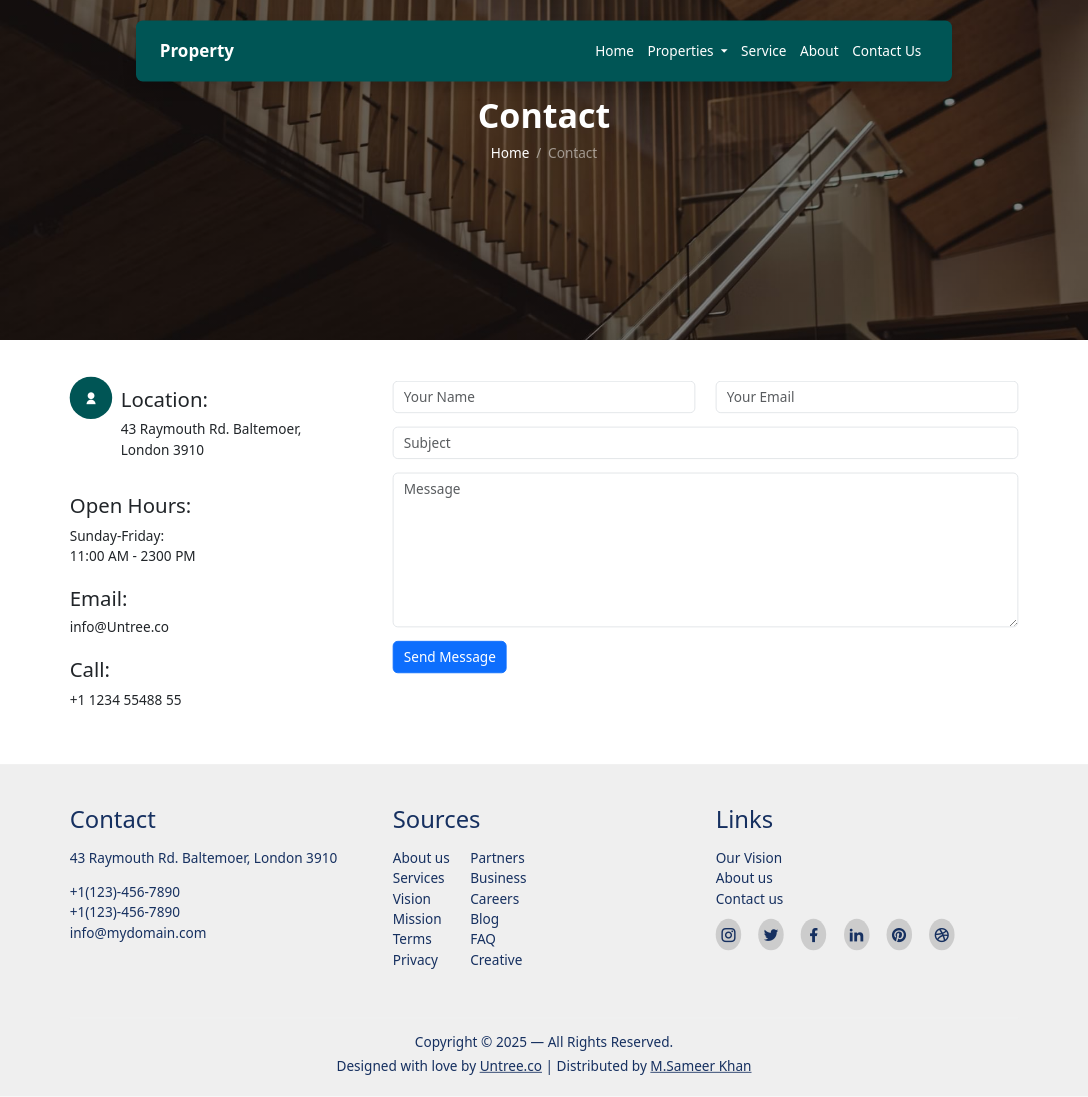
Repository: sameerrrrkhan911-git/Property
Page: contact.html
These files come from the project's save history. The page is drawn as it stood at one moment and after the next save; the edit follows.
The browser window is 1280 px wide. The pictures show the whole page, at 85% of full size.
Some icons come from a web library that is not loaded, so they are not drawn. Some web libraries are served in a nearby version.

Above is the page before, as saved 2025-09-28 21:32:12.
Console error: TypeError: Cannot read properties of undefined (reading 'length')

### contact.html
<!DOCTYPE html>
<html lang="en">

<head>
    <meta charset="utf-8">
    <meta name="viewport" content="width=device-width, initial-scale=1">
    <title>Property</title>

    <!--====== LINKS ========-->
    <link href="https://cdn.jsdelivr.net/npm/bootstrap@5.3.8/dist/css/bootstrap.min.css" rel="stylesheet">
    <link
        href="https://fonts.googleapis.com/css2?family=Montserrat:wght@400;600&family=Open+Sans:wght@400;600&display=swap"
        rel="stylesheet">
    <link href="https://unpkg.com/aos@2.3.1/dist/aos.css" rel="stylesheet">
    <link href="https://cdn.jsdelivr.net/npm/remixicon@4.5.0/fonts/remixicon.css" rel="stylesheet">
    <link href="https://cdnjs.cloudflare.com/ajax/libs/tiny-slider/2.9.4/tiny-slider.css" rel="stylesheet">
    <link rel="stylesheet" href="assets/css/style2.css">
    <link rel="stylesheet" href="assets/css/style.css">

</head>

<body>

    <!--=====HEADER=====-->
    <header>
        <section id="Right-Step">
            <div class="bg-holder overlay overlay-elixir">
            </div>

            <!-- Navbar -->
            <nav
                class="navbar navbar-expand-lg green-color p-3 mt-4 sticky-top position-absolute top-0 start-50 translate-middle-x w-75 rounded-3 shadow">
                <div class="container-fluid">
                    <!-- Brand -->
                    <a class="navbar-brand text-white fw-bold" href="#">Property</a>

                    <!-- Toggler for Mobile -->
                    <button class="navbar-toggler bg-light" type="button">
                        <span class="navbar-toggler-icon"></span>
                    </button>

                    <!-- Navbar Links -->
                    <div class="collapse navbar-collapse" id="navbarNavDropdown">
                        <ul class="navbar-nav ms-auto">
                            <li class="nav-item">
                                <a class="nav-link text-white active" aria-current="page" href="index.html">Home</a>
                            </li>
                            <li class="nav-item dropdown">
                                <a class="nav-link dropdown-toggle text-white" href="#" role="button"
                                    data-bs-toggle="dropdown" aria-expanded="false">
                                    Properties
                                </a>
                                <ul class="dropdown-menu">
                                    <li><a class="dropdown-item" href="#">Action</a></li>
                                    <li><a class="dropdown-item" href="#">Another action</a></li>
                                    <li><a class="dropdown-item" href="#">Something else here</a></li>
                                </ul>
                            </li>
                            <li class="nav-item"><a class="nav-link text-white" href="service.html">Service</a></li>
                            <li class="nav-item"><a class="nav-link text-white" href="about.html">About</a></li>
                            <li class="nav-item"><a class="nav-link text-white" href="contact.html">Contact Us</a></li>
                        </ul>
                    </div>
                </div>
            </nav>

            <!--/.bg-holder-->
            <div class="forbg py-5">
                <div class="container">

                    <div class="row justify-content-center align-items-center">
                        <div class="col-lg-9 text-center mt-5">
                            <h1 class="heading aos-init aos-animate white mt-3 fw-bold" data-aos="fade-up">Contact</h1>

                            <nav aria-label="breadcrumb" data-aos="fade-up" data-aos-delay="200"
                                class="aos-init aos-animate">
                                <ol class="breadcrumb text-center justify-content-center">
                                    <li class="breadcrumb-item"><a href="index.html" style="color: white;">Home</a></li>
                                    <li class="ms-2 me-2 text-white-50" aria-current="page">
                                        /
                                    </li>
                                    <li class="breadcrumb-item active text-white-50" aria-current="page">
                                        Contact
                                    </li>
                                </ol>
                            </nav>
                        </div>
                    </div>
                </div>
            </div><!-- end of .container-->
        </section>
    </header>

    <!--====MAIN====-->

    <main>

<div class="section py">
      <div class="container">
        <div class="row py-5">
          <div class="col-lg-4 mb-5 mb-lg-0 aos-init aos-animate" data-aos="fade-up" data-aos-delay="100">
            <div class="contact-info">
              <div class="address mt-2">
<div class="d-flex">
    <div>
    <i class="ri-user-fill green-color white" style="border-radius: 50%; padding: 17px; margin-right: 10px;"></i>
</div>
                <div>
                    <h4 class="mb-2">Location:</h4>
                <p>
                  43 Raymouth Rd. Baltemoer,<br>
                  London 3910
                </p>
                </div>
</div>
              </div>

              <div class="open-hours mt-4">
                <i class="icon-clock-o"></i>
                <h4 class="mb-2">Open Hours:</h4>
                <p>
                  Sunday-Friday:<br>
                  11:00 AM - 2300 PM
                </p>
              </div>

              <div class="email mt-4">
                <i class="icon-envelope"></i>
                <h4 class="mb-2">Email:</h4>
                <p>info@Untree.co</p>
              </div>

              <div class="phone mt-4">
                <i class="icon-phone"></i>
                <h4 class="mb-2">Call:</h4>
                <p>+1 1234 55488 55</p>
              </div>
            </div>
          </div>
          <div class="col-lg-8 aos-init aos-animate" data-aos="fade-up" data-aos-delay="200">
            <form action="#">
              <div class="row">
                <div class="col-6 mb-3">
                  <input type="text" class="form-control" placeholder="Your Name">
                </div>
                <div class="col-6 mb-3">
                  <input type="email" class="form-control" placeholder="Your Email">
                </div>
                <div class="col-12 mb-3">
                  <input type="text" class="form-control" placeholder="Subject">
                </div>
                <div class="col-12 mb-3">
                  <textarea name="" id="" cols="30" rows="7" class="form-control" placeholder="Message"></textarea>
                </div>

                <div class="col-12">
                  <input type="submit" value="Send Message" class="btn btn-primary">
                </div>
              </div>
            </form>
          </div>
        </div>
      </div>
    </div>

    </main>

    <!-- FOOTER -->
    <footer class="greyy py-5 pb-4 grey">

        <div class="container">
            <div class="row">

                <!-- Contact -->
                <div class="col-lg-4 col-md-6 mb-4">
                    <h3 class="mb-3 font-color">Contact</h3>
                    <address class="mb-3 font-color">43 Raymouth Rd. Baltemoer, London 3910</address>
                    <ul class="list-unstyled">
                        <li><a href="tel://11234567890" class=" text-decoration-none"
                                style="color: #163060;">+1(123)-456-7890</a></li>
                        <li><a href="tel://11234567890" class=" text-decoration-none"
                                style="color: #163060;">+1(123)-456-7890</a></li>
                        <li><a href="mailto:info@mydomain.com" class=" text-decoration-none"
                                style="color: #163060;">info@mydomain.com</a></li>
                    </ul>
                </div>

                <!-- Sources -->
                <div class="col-lg-4 col-md-6 mb-4">
                    <h3 class="mb-3 font-color">Sources</h3>
                    <div class="d-flex">
                        <ul class="list-unstyled me-4">
                            <li><a href="#" class="font-color text-decoration-none">About us</a></li>
                            <li><a href="#" class="font-color text-decoration-none">Services</a></li>
                            <li><a href="#" class="font-color text-decoration-none">Vision</a></li>
                            <li><a href="#" class="font-color text-decoration-none">Mission</a></li>
                            <li><a href="#" class="font-color text-decoration-none">Terms</a></li>
                            <li><a href="#" class="font-color text-decoration-none">Privacy</a></li>
                        </ul>
                        <ul class="list-unstyled">
                            <li><a href="#" class="font-color text-decoration-none">Partners</a></li>
                            <li><a href="#" class="font-color text-decoration-none">Business</a></li>
                            <li><a href="#" class="font-color text-decoration-none">Careers</a></li>
                            <li><a href="#" class="font-color text-decoration-none">Blog</a></li>
                            <li><a href="#" class="font-color text-decoration-none">FAQ</a></li>
                            <li><a href="#" class="font-color text-decoration-none">Creative</a></li>
                        </ul>
                    </div>
                </div>

                <!-- Links & Social -->
                <div class="col-lg-4 col-md-12 mb-4">
                    <h3 class="mb-3 font-color">Links</h3>
                    <ul class="list-unstyled">
                        <li><a href="#" class="font-color text-decoration-none">Our Vision</a></li>
                        <li><a href="#" class="font-color text-decoration-none">About us</a></li>
                        <li><a href="#" class="font-color text-decoration-none">Contact us</a></li>
                    </ul>

                    <!-- Social icons -->
                    <div class="mt-3">
                        <a href="#" class="font-color me-3 fs-5 roundd text-color dark-grey"><i
                                class="ri-instagram-line"></i></a>
                        <a href="#" class="font-color me-3 fs-5 roundd dark-grey"><i class="ri-twitter-fill"></i></a>
                        <a href="#" class="font-color me-3 fs-5 roundd dark-grey"><i class="ri-facebook-fill"></i></a>
                        <a href="#" class="font-color me-3 fs-5 roundd dark-grey"><i class="ri-linkedin-fill"></i></a>
                        <a href="#" class="font-color me-3 fs-5 roundd dark-grey"><i class="ri-pinterest-fill"></i></a>
                        <a href="#" class="font-color fs-5 roundd dark-grey"><i class="ri-dribbble-line"></i></a>
                    </div>
                </div>

            </div>

            <hr class="border-light">

            <!-- Copyright -->
            <div class="row">
                <div class="col-12 text-center">
                    <p class="mb-1 font-color">
                        Copyright ©
                        <script>document.write(new Date().getFullYear());</script> — All Rights Reserved.
                    </p>
                    <p class="mb-0 font-color">
                        Designed with love by <a href="https://untree.co"
                            class="font-color text-decoration-underline">Untree.co</a>
                        | Distributed by <a href="https://themewagon.com/" target="_blank"
                            class="font-color text-decoration-underline">M.Sameer Khan</a>
                    </p>
                </div>
            </div>

        </div>

    </footer>

    <!-- Bootstrap JS -->
    <script src="https://cdn.jsdelivr.net/npm/bootstrap@5.3.8/dist/js/bootstrap.bundle.min.js"></script>
    <!-- AOS JS -->
    <script src="https://unpkg.com/aos@2.3.1/dist/aos.js"></script>

    <script>
        AOS.init({
            duration: 1000,
            once: true
        });
    </script>

    <script src="https://cdnjs.cloudflare.com/ajax/libs/tiny-slider/2.9.4/min/tiny-slider.js"></script>

    <script>
        var slider = tns({
            container: '.property-slider',
            items: 3,
            slideBy: 1,
            autoplay: false,
            controls: true,
            nav: false,
            gutter: 20,
            controlsContainer: '.slider-controls',
            prevButton: '.prev',
            nextButton: '.next',
            responsive: {
                0: { items: 1 },
                768: { items: 2 },
                1200: { items: 3 }
            }
        });
    </script>

</body>

</html>

### assets/css/style.css
/* ==============================
   Root Variables
=================================*/
:root {
  --green-color: #005555;
   --heading-color: #2a3855;
}

.green-color {
  background-color: var(--green-color);
}

.green{
  color: var(--green-color);
}

.black{
  color: black;
}

.para{
  text-align: left;
}

.heading-color{
  color: var(--heading-color);
}

.z-9 {
  z-index: 9 !important;
}

.white {
  color: white;
}

.green-line{
   height: 2px;
  width: 120px;
 background-color: var(--green-color);
 margin-bottom: 10px;
}

.black-line{
   height: 2px;
  width: 80px;
 background-color: black;
 margin: 10px auto;
}

.white-bg{
  background-color: white;
}

.fs-6{
  font-size: 5px;
}

.marginn{
  margin-bottom: 30px;
}

.a{
  text-decoration: none;
}


.dark-grey{
  background-color: #cccccc;
}

.text-color{
  color: #909ba6;
}
/* ==============================
Header
=================================*/


/* Hero background */
.hero-header {
  background-image: url("../images/hero_bg_3.jpg") !important;
  background-repeat: no-repeat;
  background-position: center center;
  background-size: cover;
  min-height: 100vh;
  position: relative;
  display: flex;
  align-items: center;
}



/* Overlay */
.hero-header::before {
  content: "";
  position: absolute;
  top: 0;
  left: 0;
  width: 100%;
  height: 100%;
  background: rgba(0, 0, 0, 0.5);
  z-index: 0;
}

/* Keep hero text above overlay */
.hero {
  position: relative;
  z-index: 1;
}

/* White text */
.white {
  color: #fff !important;
}

/* Responsive adjustments */
@media (max-width: 768px) {
  nav.navbar {
    width: 90% !important;
    margin-top: 1rem !important;
    padding: 0.75rem 1rem !important;
  }

  .hero h1 {
    font-size: 1.75rem;
    line-height: 1.3;
  }

  .hero form {
    flex-direction: column !important;
    gap: 0.75rem;
  }

  .hero input {
    width: 100% !important;
  }

  .hero button {
    width: 100% !important;
  }
}

@media (max-width: 576px) {
  .hero h1 {
    font-size: 1.5rem;
  }
}

/* Popular properties */

.property-slider {
  overflow: hidden;
}

.property-item {
  background: #fff;
  border-radius: 8px;
  overflow: hidden;
}

.property-content {
  background: #fff;
  border-radius: 8px;
}

/* Features */

.features-1 {
    padding-top: 30px;
    position: relative;
    z-index: 8;
    text-align: center;
    background-color: rgba(0, 32, 74, 0.05);
}

/* ==========================
   Testimonials Section
========================== */

.sec-testimonials .heading {
  font-size: 2rem;
  font-weight: 700;
}

/* Prev/Next buttons */
#testimonial-nav {
  display: flex;
  gap: 10px;
}

#testimonial-nav span {
  cursor: pointer;
  font-size: 14px;
  color: #002855;
  background: #e9ecef;
  padding: 6px 14px;
  border-radius: 20px;
  transition: all 0.3s ease;
}

#testimonial-nav span:hover {
  background: #002855;
  color: #fff;
}

/* Testimonials layout */
.testimonial-slider {
  display: grid;
  grid-template-columns: repeat(auto-fit, minmax(300px, 1fr));
  gap: 40px;
  margin-top: 30px;
  text-align: center;
}

.testimonial {
  padding: 20px;
}

.testimonial img {
  width: 90px;
  height: 90px;
  object-fit: cover;
  margin-bottom: 15px;
  border: 3px solid #ddd;
}

.testimonial .rate {
  margin: 10px 0;
  font-size: 16px;
  color: #f1c40f;
}

.testimonial h3 {
  margin-bottom: 10px;
  font-size: 1.1rem;
  font-weight: 600;
}

.testimonial blockquote {
  font-style: italic;
  font-size: 0.95rem;
  color: #555;
  margin: 10px 0 15px;
}

.greyy{
  background-color: #efefef;
}

.testimonial p.text-muted {
  font-size: 0.85rem;
  color: #888;
}

.img-fluid {
   max-width: 100%;
    height: auto;
}

/* Call To Action */
.footer-cta {
  background: white ;
  padding: 50px;
}

.footer-cta .btn-primary {
  border-radius: 30px;
  font-size: 1.1rem;
  transition: all 0.3s ease;
}

.footer-cta .btn-primary:hover {
  background: #003f3f;
  transform: translateY(-3px);
  box-shadow: 0 6px 15px rgba(0,0,0,0.2);
}

/* Our Agents */
.section_1{
  background-color: #f8f9fa;
}

/* Agent Card */
.person {
  background: #fff;
  border-radius: 12px;
  padding: 60px 20px 30px;
  text-align: center;
  position: relative;
  box-shadow: 0 4px 20px rgba(0,0,0,0.05);
  transition: all 0.3s ease;
}

.person:hover {
  transform: translateY(-8px);
  box-shadow: 0 12px 30px rgba(0,0,0,0.1);
}

/* Profile Image */
.person img {
  width: 100px;
  height: 100px;
  object-fit: cover;
  border-radius: 50%;
  position: absolute;
  top: -50px;
  left: 50%;
  transform: translateX(-50%);
}

/* Text styling */
.person-contents h2 {
  margin-top: 60px;
  font-size: 1.2rem;
  font-weight: 600;
}

.person-contents .meta {
  font-size: 0.9rem;
  color: #6c757d;
  margin-bottom: 15px;
}

.person-contents p {
  font-size: 0.95rem;
  color: #555;
  margin-bottom: 20px;
}

/* Social icons */
.social a {
  display: inline-flex;
  justify-content: center;
  align-items: center;
  width: 40px;
  height: 40px;
  margin: 0 5px;
  border-radius: 50%;
  background: #002855;
  color: #fff;
  transition: all 0.3s ease;
  text-decoration: none;
}

.social a:hover {
  background: #005555;
}

h2 a {
  color: #000;
  text-decoration: none;
}

.roundd{

  border-radius: 50%;
  text-decoration: none;
  padding: 5px;
}

.font-color{
 color: #163060;
}

.forbg {
    height: 400px;
    background: linear-gradient(to bottom, rgba(0, 0, 0, 0.5), rgba(0, 0, 0, 0.5)), url(../images/hero_bg_1.jpg);
    background-size: cover;
    background-position: center;
}

a{
  text-decoration: none;
}

Loaded but not shown: assets/css/style2.css (library)

After the next save:
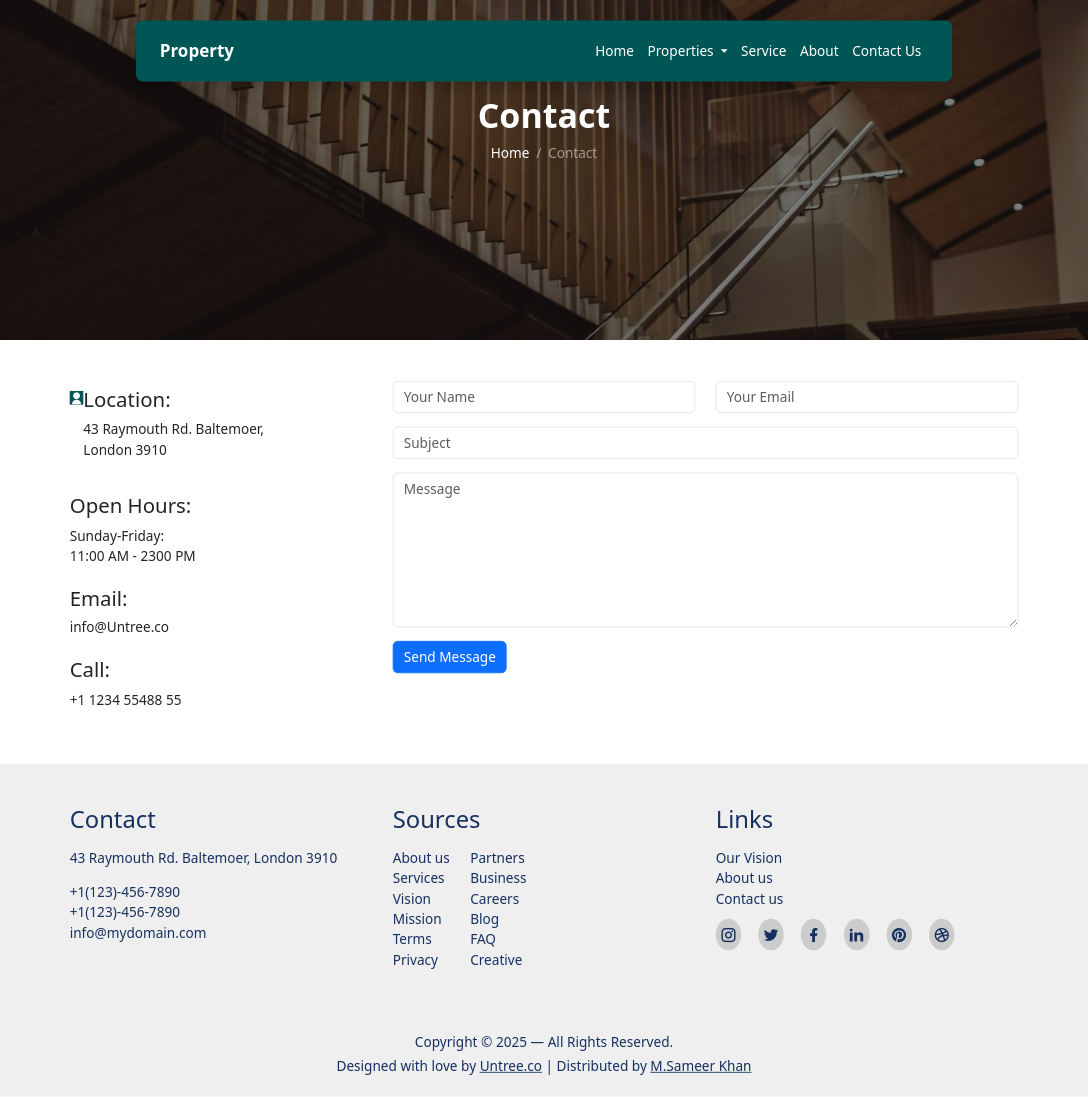
Saved 75 s later.
--- a/contact.html
+++ b/contact.html
@@ -103,7 +103,7 @@
               <div class="address mt-2">
 <div class="d-flex">
     <div>
-    <i class="ri-user-fill green-color white" style="border-radius: 50%; padding: 17px; margin-right: 10px;"></i>
+    <i class="ri-user-fill green-color white"></i>
 </div>
                 <div>
                     <h4 class="mb-2">Location:</h4>
